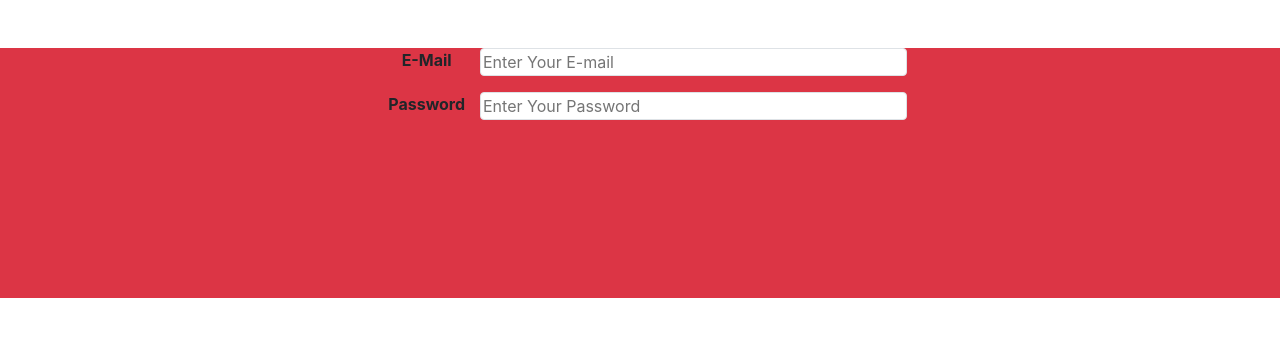
Repository: mariamkhaledsapra/E-Commerce-main
Page: /login
These files come from the project's save history. The page is drawn as it stood at one moment and after a run of saves; the edit follows.
The browser window is 1280 px wide. The pictures show the whole page.
The project was rebuilt for these pictures with package versions that can differ from the ones it lists, and the page was loaded fresh each time. Also part of the build but not shown: src/components/Navbar.jsx.

Above is the page before, as saved 2024-02-13 21:42:30.

### public/index.html
<!DOCTYPE html>
<html lang="en">
  <head>
    <meta charset="utf-8" />
    <link rel="icon" href="%PUBLIC_URL%/favicon.ico" />
    <meta name="viewport" content="width=device-width, initial-scale=1" />
    <meta name="theme-color" content="#000000" />
    <meta
      name="description"
      content="Web site created using create-react-app"
    />
    <link href="https://cdn.jsdelivr.net/npm/bootstrap@5.1.3/dist/css/bootstrap.min.css" rel="stylesheet" integrity="sha384-1BmE4kWBq78iYhFldvKuhfTAU6auU8tT94WrHftjDbrCEXSU1oBoqyl2QvZ6jIW3" crossorigin="anonymous">

    <title>React App</title>
  </head>
  <body>
    <div id="root"></div>
  </body>
</html>

### src/index.js
import React from "react";
import ReactDOM from "react-dom/client";
import "./index.css";
import App from "./App";
import reportWebVitals from "./reportWebVitals";
import { createBrowserRouter, RouterProvider } from "react-router-dom";
import Login from "./components/Login";
import Navbar from "./components/Navbar";

const Routes = createBrowserRouter([
  {
    path: "/",
    element: <App />,
    children: [
      {
        index:true,
        element: <Navbar />,
      },
      {
        path: "/login",
        element: <Login />,
      },
    ],
  },
]);

const root = ReactDOM.createRoot(document.getElementById("root"));
root.render(
  <RouterProvider router={Routes}>
    <App />
  </RouterProvider>
);

reportWebVitals();

### src/App.js
import logo from './logo.svg';
import './App.css';
import Navbar from './components/Navbar';
import { Outlet } from 'react-router-dom';

function App() {
  return (
    <div className="App">
      <Outlet/>
    </div>
  );
}

export default App;

### src/components/Login.jsx
import React from "react";

const Login = () => {
  return (
    <div className="bg-danger  mt-5" style={{ height: "250px" }}>
      {" "}
      <div className="mb-3  d-flex justify-content-center">
        <label className="fw-bolder col-1">E-Mail</label>
        <div className="col-4">
          <input
            type="email"
            placeholder="Enter Your E-mail"
            className="w-100 border rounded"
          />
        </div>
      </div>
      <div className="mb-3  d-flex justify-content-center">
        <label className="fw-bolder col-1">Password</label>
        <div className="col-4">
          <input
            type="password"
            placeholder="Enter Your Password"
            className="w-100 border rounded"
          />
        </div>
      </div>
    </div>
  );
};

export default Login;

Loaded but not shown: src/index.css (common file); src/reportWebVitals.js (common file); src/App.css (common file)

After the next 2 saves:
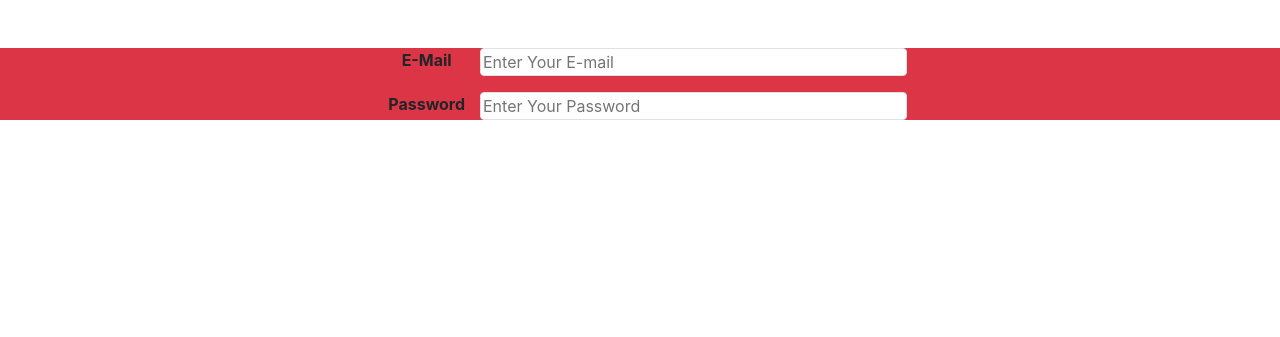
The 2 saves are shown as one change because they came seconds apart.
The last was saved 12 s later.
--- a/src/components/Login.jsx
+++ b/src/components/Login.jsx
@@ -2,7 +2,7 @@ import React from "react";
 
 const Login = () => {
   return (
-    <div className="bg-danger  mt-5" style={{ height: "250px" }}>
+    <div className="bg-danger  mt-5">
       {" "}
       <div className="mb-3  d-flex justify-content-center">
         <label className="fw-bolder col-1">E-Mail</label>
